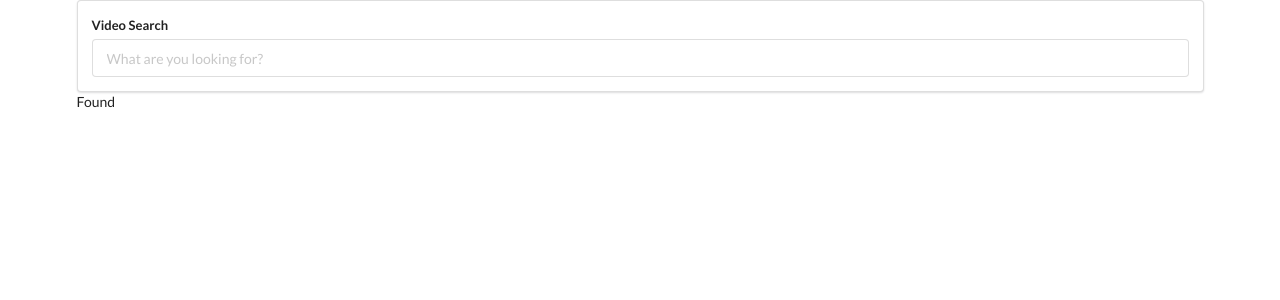
Repository: rahulkeerthi/udemy-react-video-search
Page: /
These files come from the project's save history. The page is drawn as it stood at one moment and after a run of saves; the edit follows.
The browser window is 1280 px wide. The pictures show the whole page.
The project was rebuilt for these pictures with package versions that can differ from the ones it lists, and the page was loaded fresh each time.

Above is the page before, as saved 2020-04-04 17:12:31.

### src/components/App.js
import React from "react";
import SearchBar from "./SearchBar";
import youtube from '../apis/youtube';

const KEY = 'AIzaSyDWr-tpje_mR2m4hMC5KnaO75FvyfldYvg';

class App extends React.Component {
	state = { videos: [] };

  onTermSubmit = async (term) => {
     const response = await youtube.get("/search", {
      params: {
        q: term,
				part: "snippet",
				type: 'video',
        maxResults: 5,
        key: KEY
      }
		})
		this.setState({ videos: response.data.items });
	};

	render() {
		return (
			<div className="ui container">
				<SearchBar onTermSubmit={this.onTermSubmit} />
				Found
			</div>
		);
	}
}

export default App;

### src/components/SearchBar.js
import React from "react";

const ENTER_KEY = 13;
const WAIT_INTERVAL = 1000;

export default class SearchBar extends React.Component {
  state = { term: "" };

  timer = null;

  onInputChange = (e) => {
    clearTimeout(this.timer);
    this.setState( { term: e.target.value } );
    this.timer = setTimeout(this.triggerChange, WAIT_INTERVAL);
  }

  onKeyDown = (e) => {
    if (e.keyCode === ENTER_KEY) {
      clearTimeout(this.timer)
      this.triggerChange()
    }
  }

  triggerChange = () => {
    const { term } = this.state;
    this.props.onTermSubmit(term);
  }

  onFormSubmit = (e) => {
    e.preventDefault();
  }

	render() {
		return (
			<div className="search-bar ui segment">
				<form className="ui form" onSubmit={this.onFormSubmit} >
					<div className="field">
						<label htmlFor="search">Video Search</label>
						<input
							type="text"
							placeholder="What are you looking for?"
							value={this.state.term}
              onKeyDown={this.onKeyDown}
							onChange={this.onInputChange}
							id="search"
						/>
					</div>
				</form>
			</div>
		);
	}
}

### src/apis/youtube.js
import axios from 'axios';

export default axios.create({
  baseURL: "https://www.googleapis.com/youtube/v3"
});

Loaded but not shown: public/index.html (common file); src/index.js (common file)

After the next 2 saves:
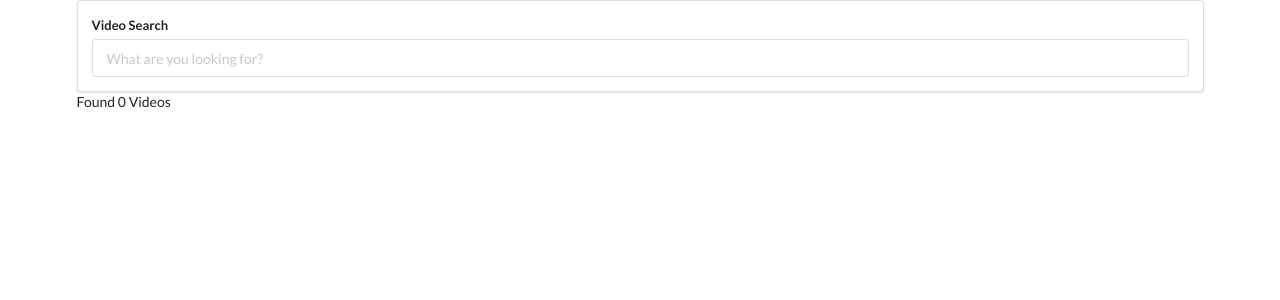
The 2 saves are shown as one change because they came seconds apart.
The last was saved 13 s later.
--- a/src/components/App.js
+++ b/src/components/App.js
@@ -24,7 +24,7 @@ class App extends React.Component {
 		return (
 			<div className="ui container">
 				<SearchBar onTermSubmit={this.onTermSubmit} />
-				Found
+				Found {this.state.videos.length} Videos
 			</div>
 		);
 	}
